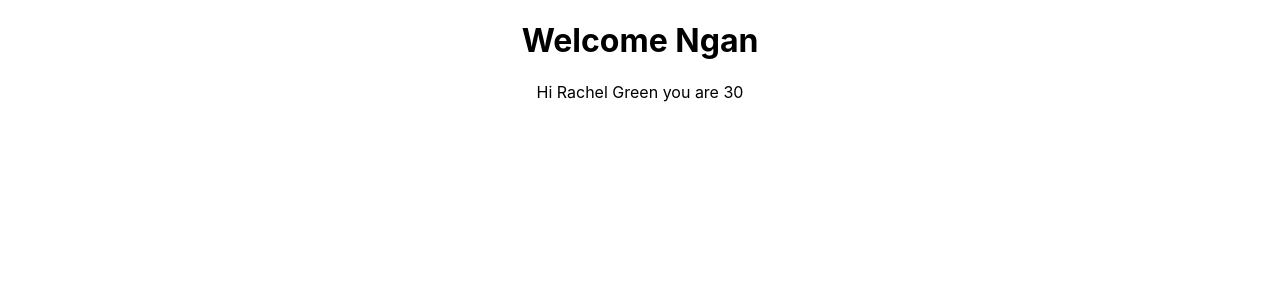
Repository: nguyenthibichngan/learn-react-redux
Page: /
An editor plug-in stored every save of this project. The page is shown before and after the next save, followed by the edit.
The browser window is 1280 px wide. The pictures show the whole page.
The project was rebuilt for these pictures with package versions that can differ from the ones it lists, and the page was loaded fresh each time.

Above is the page before, as saved 2023-09-11 14:17:55.

### src/App.js
import "./App.css";
import { Greetings } from "./component/Greetings";

function App() {
  return (
    <div className="App">
      <h1>Welcome Ngan</h1>
      <Greetings
        firstName={"Rachel"}
        lastName={"Green"}
        age={30}
        car={{ brand: "Viper", color: "red", speed: 200 }}
        doSomething={function () {
          console.log("Hi Ngannn");
        }}
      />
    </div>
  );
}

export default App;

### src/component/Greetings.js
export function Greetings(props) {
  console.log(props);
  return (
    <div>
      Hi {props.firstName} {props.lastName} you are {props.age}
    </div>
  );
}

Loaded but not shown: public/index.html (common file); src/index.js (common file); src/index.css (common file); src/reportWebVitals.js (common file); src/App.css (common file)

After the next save:
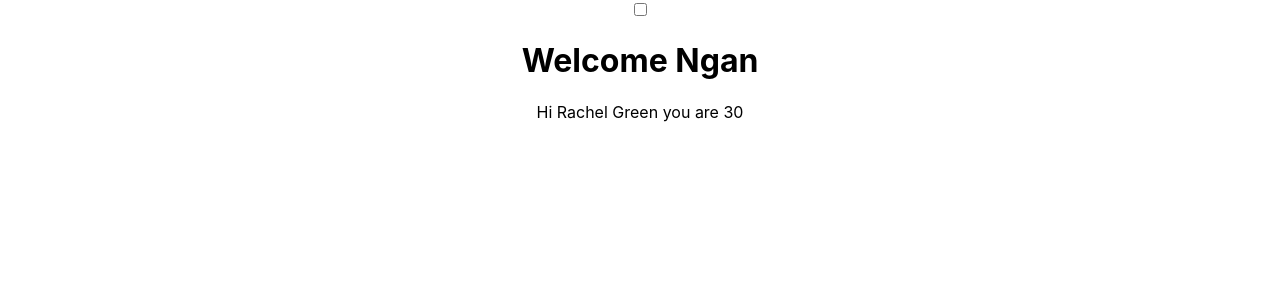
Saved 2 min 18 s later.
--- a/src/App.js
+++ b/src/App.js
@@ -4,6 +4,7 @@ import { Greetings } from "./component/Greetings";
 function App() {
   return (
     <div className="App">
+      <input type="checkbox" />
       <h1>Welcome Ngan</h1>
       <Greetings
         firstName={"Rachel"}
